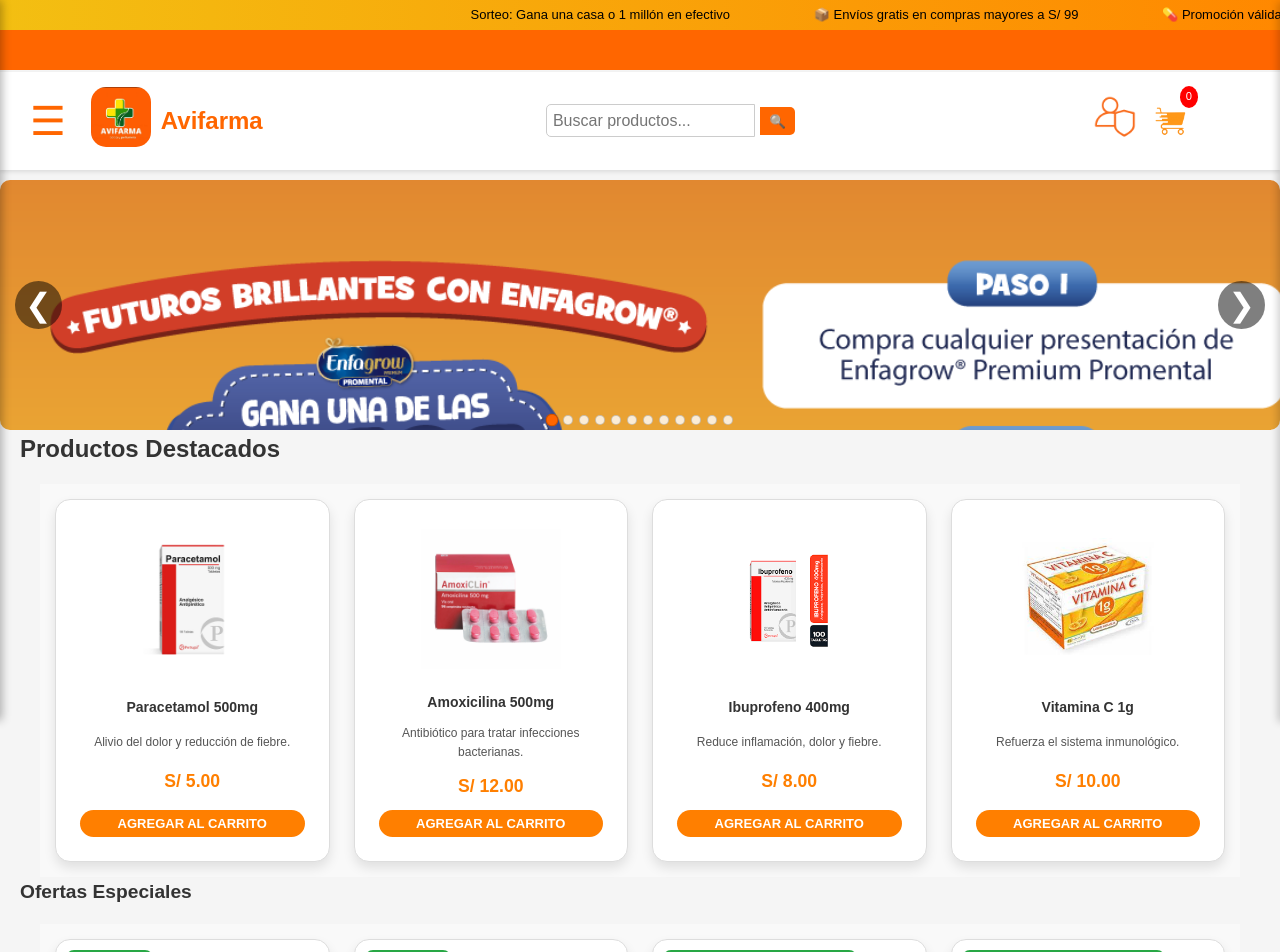
Repository: AVH75/avifarma-tienda
Page: index.html
The author's editor kept a copy of each file at every save. The page is drawn from the files as they stood at one save, then again after the next save.
The browser window is 1280 px wide. The pictures show the part of the page from y = 0 to 952 px (the page is 2764 px tall).
A picture or video elsewhere on the page could not be fetched, so the positions and the page height are approximate.

Above is the page before, as saved 2025-09-19 23:02:44.

After the next save:
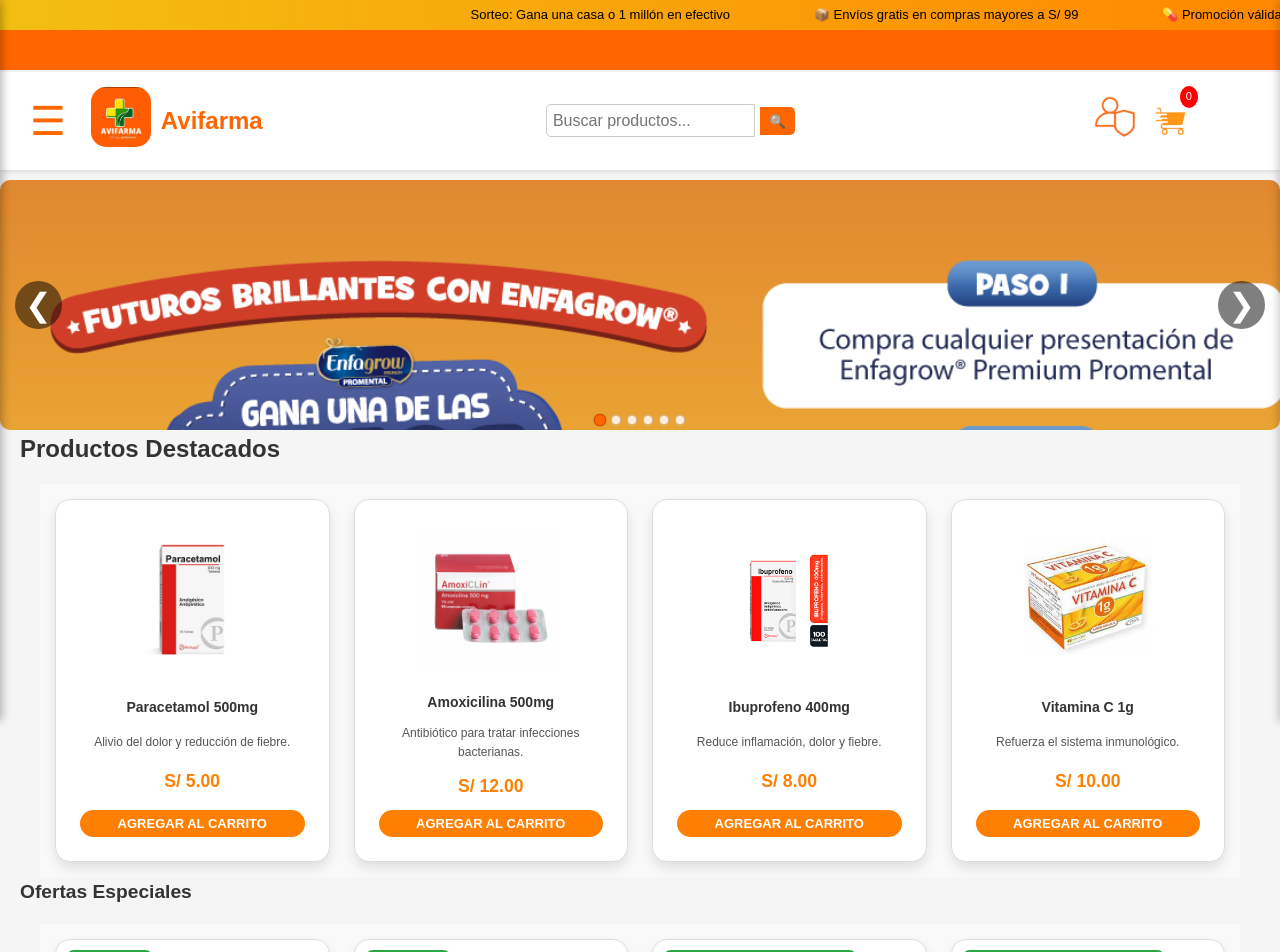
Saved 25 min 25 s later.
--- a/js/render-catalogo.js
+++ b/js/render-catalogo.js
@@ -243,26 +243,39 @@
         contenedor.appendChild(card);
     });
 
-    // Lógica del carrusel (mover a la siguiente tarjeta)
+    // Asegurarnos de que las tarjetas se generen correctamente
+    console.log("Total de tarjetas generadas:", servicios.length);
+
     let currentIndex = 0;
     const cards = document.querySelectorAll('.card-servicio');
     const totalCards = cards.length;
 
+    // Asegurarse de que las tarjetas son visibles y se están posicionando horizontalmente
+    console.log("Número total de tarjetas:", totalCards);
+
     // Función para actualizar la posición del carrusel
     function updateCarousel() {
-        const offset = -currentIndex * (cards[0].offsetWidth + 30);  // Ajuste el espacio entre tarjetas
-        contenedor.style.transform = `translateX(${offset}px)`;
-        updateDots();
+        // Verificar el tamaño de las tarjetas y el desplazamiento
+        const cardWidth = cards[0].offsetWidth;
+        console.log("Ancho de una tarjeta:", cardWidth);
+
+        // Calcular el desplazamiento para mover las tarjetas
+        const offset = -currentIndex * (cardWidth + 30);  // Ajuste el espacio entre tarjetas
+        console.log("Desplazamiento calculado:", offset);
+
+        contenedor.style.transform = `translateX(${offset}px)`;  // Aplicar el desplazamiento
     }
 
     // Funciones para mover el carrusel
     document.querySelector('.next').addEventListener('click', () => {
         currentIndex = (currentIndex + 1) % totalCards;  // Deslizar a la siguiente tarjeta
+        console.log("Índice actual (next):", currentIndex);
         updateCarousel();
     });
 
     document.querySelector('.prev').addEventListener('click', () => {
         currentIndex = (currentIndex - 1 + totalCards) % totalCards;  // Deslizar hacia atrás
+        console.log("Índice actual (prev):", currentIndex);
         updateCarousel();
     });
 
@@ -275,12 +288,14 @@
 
     // Opcional: Agregar puntos de navegación (si los necesitas)
     const dotsContainer = document.getElementById("dots");
+    dotsContainer.innerHTML = '';  // Limpiar los puntos previos
     servicios.forEach((_, index) => {
         const dot = document.createElement("span");
         dot.classList.add("dot");
         dot.addEventListener("click", () => {
             currentIndex = index;
             updateCarousel();
+            updateDots();  // Actualizar puntos cuando se haga clic en un punto
         });
         dotsContainer.appendChild(dot);
     });
